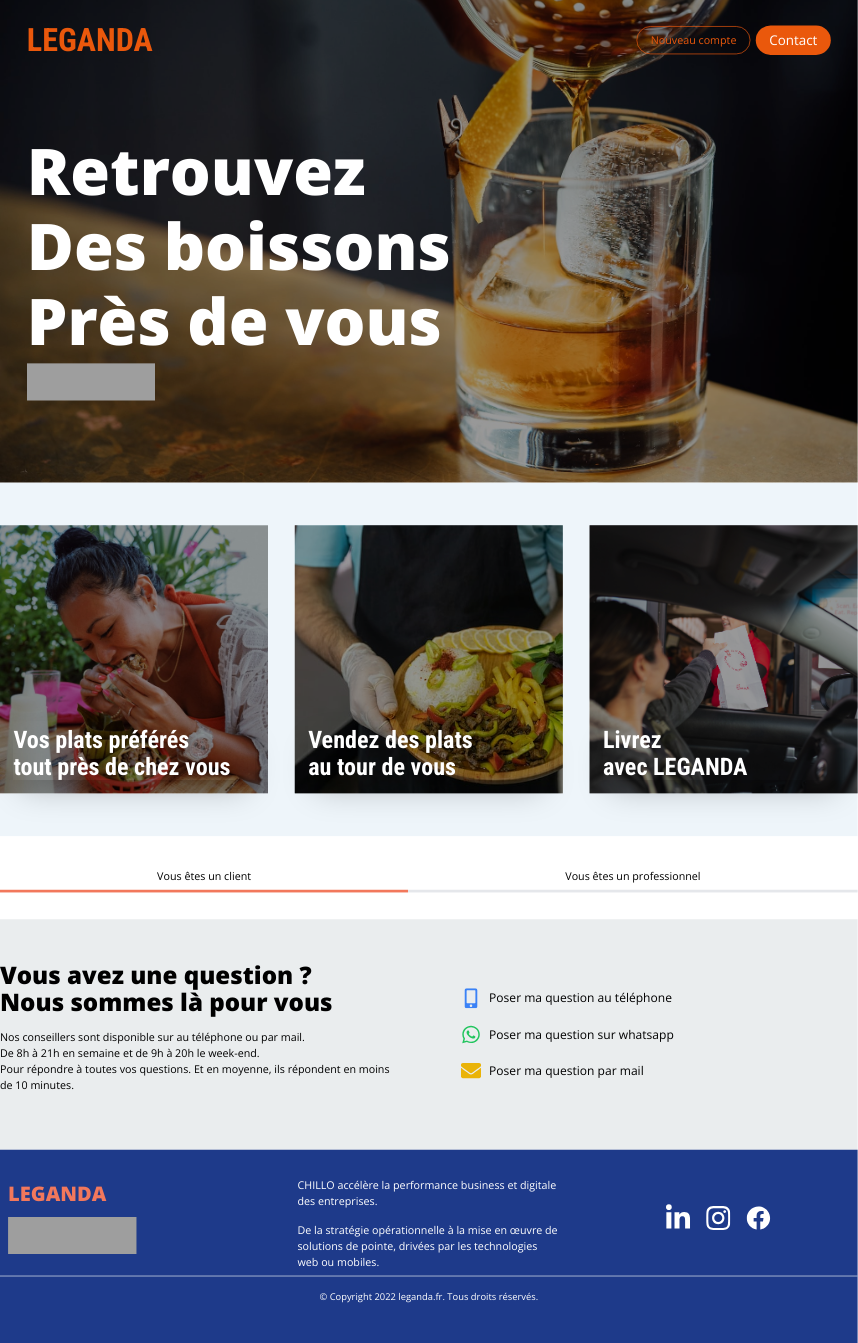
Repository: chillo-tech/website-leganda
Page: /
An editor plug-in stored every save of this project. The page is shown before and after the next save, followed by the edit.
The browser window is 1280 px wide. The pictures show the whole page, at 67% of full size.
Pictures or frames that could not be fetched are drawn as grey boxes. The project was rebuilt for these pictures with package versions that can differ from the ones it lists, and the page was loaded fresh each time. Some packages were replaced by stand-ins written for this rebuild. The framework's server and built-in components were replaced by stand-ins that run in the browser. Also part of the build but not shown: next.config.js, components/header/items/SearchBar.tsx.

Above is the page before, as saved 2023-02-09 11:28:45.

### pages/_document.tsx
import { Html, Head, Main, NextScript } from 'next/document'
import Footer from '../components/footer/Footer';

export default function Document() {
	return (
		<Html className="scroll-smooth">
			<Head>
        <link rel="preconnect" href="https://fonts.googleapis.com"/>
        <link rel="preconnect" href="https://fonts.gstatic.com"/>
        <link href="https://fonts.googleapis.com/css2?family=Open+Sans:ital,wght@0,300;0,800;1,800&family=Roboto&family=Roboto+Condensed:wght@700&display=swap" rel="stylesheet"/>
        <link rel="icon" href="/favicon.ico" />
			</Head>
			<body className='flex flex-col h-screen justify-between'>
				<Main />
				<NextScript />
				<Footer />
        <script defer type="text/javascript" src="https://maps.googleapis.com/maps/api/js?key=AIzaSyBoBBvzxlRlkbfYzZcHp8ALOwBk3YjfB-I&libraries=places" />
			</body>
		</Html>
	)
}

### styles/globals.css
@tailwind base;
@tailwind components;
@tailwind utilities;
body {
  font-family: 'Open Sans', 'Roboto', sans-serif;
}
.title {
  font-family: 'Roboto Condensed', sans-serif;
}
@layer base {
  [type="text"],
  [type="email"],
  [type="url"],
  [type="password"],
  [type="number"],
  [type="date"],
  [type="datetime-local"],
  [type="month"],
  [type="search"],
  [type="tel"],
  [type="time"],
  [type="week"],
  [multiple],
  textarea,
  select {
    @apply w-full border-gray-300 rounded-lg shadow-sm focus:border-blue-500 focus:ring-blue-500;
  }
  [type="checkbox"],
  [type="radio"] {
    @apply border-gray-300 rounded text-blue-600 focus:ring-blue-500;
  }
}

.bg-site-blue {
    background-color: #86aec0;
    color: #000000;
}

.bg-site-orange {
    background-color: #f6ac9f;
}

.color-site-blue {
   color: #86aec0;
}

.color-site-orange {
    color: #f2785c;
}

.home-page-article {
  min-height: 400px;
}

### context/search-context-provider.tsx
import { SearchParams } from '../types';
import { Context,createContext, useMemo, useReducer, useCallback } from 'react'
import SearchReducer from './SearchReducer';
import { Param } from '../types/Param';
import { INITIAL_STATE, UPDATE_SEARCH_CRITERIA } from '../utils';
import { SearchContextData } from '../types/SerchContextData';
type Props = {
  children: JSX.Element,
};
export const SearchContext = createContext<SearchContextData>({state: INITIAL_STATE});
function SearchContextProvider({children}: Props) {
  const [state, dispatch] = useReducer(SearchReducer, INITIAL_STATE);

  const update = useCallback(
    (data: Param) =>
      dispatch({
        type: UPDATE_SEARCH_CRITERIA,
        data
      }),
    [],
  );
  const value = useMemo(
    () => ({state, update }),
    [state,update],
  );
  return (
    <SearchContext.Provider value={value}>
      {children}
    </SearchContext.Provider>
  )
}

export default SearchContextProvider;

### components/footer/Footer.tsx

import React from 'react';
import { FaFacebook, FaInstagram, FaLinkedinIn } from 'react-icons/fa';
import Link from 'next/link'
import { cn, STORES } from '../../utils';
import Image from 'next/image';
function Footer() {
	return (
			<footer className="bg bg-blue-900 text-white pb-10 pt-10 font-extralight flex flex-col" id="a-propos-de-nous">
				<div className="container mx-auto px-3">
					<div className="grid grid-cols-1 gap-10 md:grid-cols-3 md:p-0 items-center">
						<div className="presentation">
              <Link href='/' className='mb-5 color-site-orange uppercase font-extrabold text-3xl'>LEGANDA
              </Link>
              <p className="flex py-4 items-center justify-center md:justify-start">
                {STORES.filter((item: any) => item.active).map((item: any, index: number) => (
                    <Link
                        href="#"
                        target="_blank"
                        key={`liens-${index}`}
                        className="block items-center py-2 w-48 h-14 relative">
                      <Image
                          fill={true}
                          src={`/images/${item.image}`}
                          alt={item?.label}
                      />
                    </Link>
                ))}
              </p>
						</div>
						<div className="presentation">
							<p className='mb-5'>CHILLO accélère la performance business et digitale des entreprises. </p>
							<p>De la stratégie opérationnelle
								à la mise en œuvre de solutions de pointe, drivées par les technologies web ou mobiles.</p>
						</div>
						<div className="presentation flex flex-col items-center justify-center">
							<div className='px-10 flex items-center justify-between text-center'>
								<FaLinkedinIn color='text-slate-300' className='px-3 text-6xl'/>
								<FaInstagram className='px-3 text-6xl'/>
								<FaFacebook className='px-3 text-6xl'/>
							</div>
							<div className='py-2'>

							</div>
						</div>
					</div>
				</div>
				<div className="copyright border-top-1 mt-2 font-light">
					<div className="container py-5 text-sm mx-auto text-center border-solid border-t border-slate-200">
						&copy; Copyright {(new Date()).getFullYear()} leganda.fr. Tous droits réservés.
					</div>
				</div>
			</footer>

	);
}

export default Footer;

### components/questions/Questions.tsx
import Link from 'next/link'
import React from 'react'
import { FaEnvelope, FaMobileAlt, FaWhatsapp } from 'react-icons/fa'

function Questions() {
  return (
    <section className='py-16 bg-app-light-green'>
        <div className="container grid md:grid-cols-2 md:gap-24 items-center px-3 md:px-0">
          <article>
            <h2 className='md:text-4xl text-3xl font-semibold text-black'>
              <p className='p-0 m-0'>Vous avez une question ?</p>
              <p className='p-0 m-0'>Nous sommes là pour vous</p>
            </h2>
            <div className='py-5'>
              <p className='p-0 m-0'>Nos conseillers sont disponible sur au téléphone ou par mail.</p>
              <p className='p-0 m-0'>De 8h à 21h en semaine et de 9h à 20h le week-end.</p>
              <p className='p-0 m-0'>Pour répondre à toutes vos questions. Et en moyenne, ils répondent en moins de 10 minutes.</p>
            </div>
          </article>
          <article>
              <Link href="tel:0033761705745" className='py-3 text-lg flex'>
                  <FaMobileAlt className='text-3xl text-blue-500 mr-3' /> Poser ma question au téléphone
              </Link>
              <Link href="whatsapp:0033761705745" className='py-3 text-lg flex'>
                  <FaWhatsapp className='text-3xl text-green-500 mr-3' /> Poser ma question sur whatsapp
              </Link>
              <Link href="mailto:armelle.leganda@gmail.com" className='py-3 text-lg flex'>
                  <FaEnvelope className='text-3xl text-yellow-500 mr-3' /> Poser ma question par mail
              </Link>
          </article>
        </div>
    </section>
  )
}

export default Questions

### components/header/Header.tsx
import { faPhone, faUser } from '@fortawesome/free-solid-svg-icons'
import { FontAwesomeIcon } from '@fortawesome/react-fontawesome'
import Link from 'next/link'
import React from 'react'
import SearchBar from './items/SearchBar'

function Header({withSearchBar = true}: {withSearchBar?: boolean}) {
  return (
    <header className="container py-4">
       <nav className='flex justify-between items-center'>
        <Link href="/" className='text-orange-600 uppercase title text-5xl'>LEGANDA
        </Link>
        {withSearchBar ? <SearchBar /> : null }
        <ul className='md:flex justify-between items-center hidden'>
          <li>
            <Link href="/" className='border border-orange-600 rounded-3xl px-5 py-2 text-orange-600 flex justify-between items-center'>
                <FontAwesomeIcon icon={faUser} className="hidden border-none text-xs mr-2" size='xs' />
                Nouveau compte
            </Link>
          </li>
          <li  className='ml-2'>
          <Link href="/" className='bg-orange-600 rounded-3xl text-xl px-5 font-medium py-2 flex text-white'>
              <FontAwesomeIcon icon={faPhone} className="hidden border-none mr-2"/>
              Contact
          </Link>
          </li>
        </ul>
      </nav>
    </header>
  )
}

export default Header

### utils/index.ts
export * from './clear-string';
export * from './DateFormat';
export * from './isValidPhoneNumber';
export * from './isValidEmail';
export * from './Endpoints';
export * from './Data';
export * from './request-options';

### components/tabs/index.tsx
import classNames from 'classnames';
import React, { useState } from 'react'

function Tabs({items}: any) {
  const [activeTab, setActiveTab] = useState("tab-0");
  return (
    <section className='container px-3 md:px-0 py-10'>
      <ul className='flex justtify-center items-center'>
        {items.map((item: any, index: number) => (
          <li key={`tab-${index}`} className={classNames('grow border-b-4',{ 'bg-white border-app-orange': activeTab === `tab-${index}` })}>
            <button type='button' className='w-full py-2'>{item.label}</button>
          </li>
        ))}
      </ul>
    </section>
  )
}

export default Tabs

### utils/how-it-works.ts
const HOW_IT_WORKS: any = [
  {
    "label": "Vous êtes un client"
  },
  {
    "label": "Vous êtes un professionnel"
  }
]

export {HOW_IT_WORKS}

### context/SearchReducer.ts
import { UPDATE_SEARCH_CRITERIA } from './../utils/Data';
import { Action } from './../types/Action';
import { SearchParams } from "../types";

function SearchReducer (state: SearchParams, action: Action){
  switch(action.type){
    case UPDATE_SEARCH_CRITERIA: {
        return {
          ...state,
          [action.data.key]: action.data.value
        }
    }
  }
  return state;
}

export default SearchReducer;

### utils/clear-string.ts
export const cleanString = (entry: string) => {
	return entry ? entry.replace(/^[\s\uFEFF\xA0]+|[\s\uFEFF\xA0]+$/g, '') : '';
}

### utils/DateFormat.ts
export const getFormattedDate = (entry: Date) => {
	const year = entry.getFullYear();
	const month = `0${entry.getMonth() + 1}`.slice(-2);
	const day = `0${entry.getDate()}`.slice(-2);
	return `${day}/${month}/${year}`;
};

export const getFormattedTime = (entry: Date) => {
	const hours = `0${entry.getHours()}`.slice(-2);
	const minutes = `0${entry.getMinutes()}`.slice(-2);
	return `${hours}:${minutes}`;
};

const getWeekNumber = (entry: Date) => {
	// Copy date so don't modify original
	const date = new Date(Date.UTC(entry.getFullYear(), entry.getMonth(), entry.getDate()));
	// Set to nearest Thursday: current date + 4 - current day number
	// Make Sunday's day number 7
	date.setUTCDate(date.getUTCDate() + 4 - (date.getUTCDay() || 7));
	// Get first day of year
	const yearStart = new Date(Date.UTC(date.getUTCFullYear(), 0, 1));
	// Calculate full weeks to nearest Thursday
	return Math.ceil((((Number(date) - Number(yearStart)) / 86400000) + 1) / 7);
	// Return array of year and week number

}

export const getDayAndMonthLabel = (entry: Date) => {
	const days = ['Dimanche', 'Lundi', 'Mardi', 'Mercredi', 'Jeudi', 'Vendredi', 'Samedi'];
	const months = ["Jan.", "Fev.", "Mars", "Avr.", "MaI", "Juin",
		"Jul.", "Août", "Sep.", "Oct.", "Nov.", "Dec."
	];
	return [days[entry.getDay()], months[entry.getMonth()]];
}

export const getDisplayedDate = (entry: string = "") => {
	if (!entry.trim().length) {
		return entry;
	}
	const adWeekNo = getWeekNumber(new Date(entry));
	const todayWeekNo = getWeekNumber(new Date());
	if ((adWeekNo - todayWeekNo) > 1) {
		const [dayOfDate, month, year] = getFormattedDate(new Date(entry)).split('/');
		const [dayOfWeekLabel, monthLabel] = getDayAndMonthLabel(new Date(entry));
		return `${dayOfWeekLabel}, ${dayOfDate} ${monthLabel}`;
	} else {
		const [dayOfWeekLabel] = getDayAndMonthLabel(new Date(entry));
		return dayOfWeekLabel;
	}
};

### utils/isValidPhoneNumber.ts
export const isValidPhoneNumber = (value: string) => {
	const PHONE_REGEXP = /^0[6|7]\d{8}$/
	return PHONE_REGEXP.test(value);
}

### utils/isValidEmail.ts
export const isValidEmail = (value: string) => {
	const EMAIL_REGEXP = /^\S+@\S+\.\S+$/;
	return value.trim().length ? EMAIL_REGEXP.test(value) : true;
}

### utils/Endpoints.ts
export const LOCAL_DNS = 'http://192.168.111.244:9090';//verifier ipconfig avant d'exécuter
export const PROD_DNS = "https://api.leganda.chillo.fr";
export const IMAGES_URL = `${PROD_DNS}/assets`;
export const BACKOFFICE_URL = `${PROD_DNS}/api/v1`;
export const ADS_ENDPOINT = "ad";
export const FAVORITE_ENDPOINT = "favorite";
export const ACCOUNT_ENDPOINT = "account";
export const ADDRESS_ENDPOINT = "address";
export const CATEGORY_ENDPOINT = "category";
export const GOOGLE_PACES_API_BASE_URL = 'https://maps.googleapis.com/maps/api/place';
export const GOOGLE_PACES_API_KEY = 'AIzaSyBoBBvzxlRlkbfYzZcHp8ALOwBk3YjfB-I';
export const MAP_ZOOM = 10;
export const GOOGLE_PACES_CENTER_COORDINATES = {lat: 48.117266,lng: -1.677793};

### utils/Data.ts
import {EMAIL, PHONE} from "./providers";
export const CATEGORY_BGCOLORS = [ "#BCA1F2", "#BCDDE4", "#CFEACB", "#F4E169"];
export const PLUS_FAVORITES_UPDATED = "Super cette annonce a été ajoutée à vos favoris";
export const REMOVE_FAVORITES_UPDATED = "Cette annonce a été retirée de vos favoris";
export const AUTHENTICATED_USER = "authenticatedUser";
export const MAPBOX_ACCESSTOKEN = "pk.eyJ1IjoiYWNoaWxsZW1ib3VndWVuZyIsImEiOiJja3Zvd3EzcmswaThkMnZrZ25iYmtveDBhIn0.pDR7pKL18d3iz5NoaRmWYg";
export const RESET_AD = "RESET_AD";
export const DELETE_KEY = "DELETE_KEY";
export const SET_NUMBER_OF_CHILDREN = "SET_NUMBER_OF_CHILDREN";
export const SET_ADS = "SET_ADS";
export const SET_CATS = "SET_CATS";
export const SET_CAT = "SET_CAT";
export const SET_AD = "SET_AD";
export const SET_SELECTED_ITEM_ID = "SET_SELECTED_ITEM_ID";
export const SET_STEP_INDEX = "SET_STEP_INDEX";
export const UPDATE_AD = "UPDATE_AD";
export const UPDATE_SEARCH_CRITERIA = "UPDATE_SEARCH_CRITERIA";
export const UPDATE_USER_INFOS = "UPDATE_USER_INFOS";
export const USER_TOKEN = "USER_TOKEN";
export const SIGN_IN = 'SIGN_IN';
export const SIGN_OUT = 'SIGN_OUT';
export const SIGN_UP = 'SIGN_UP';
export const RECOMMEND_TEXT = "Bonjour, j'ai découvert cette application qui a de belles annonces. Je te la recommande";
export const RESTORE_TOKEN = "RESTORE_TOKEN";
export const AD_PLACEHOLDER = ["Taro du dimanche", "20kg à destination de Yaoundé", "Carton de Guinness", "Stage de developpeur"];
export const STORES = [
	{
		image: 'google-app-store-badge.svg',
		active: true,
		path: '#',
		label: 'LEGANDA sur PLAY STORE'
	},
	{
		image: 'apple-app-store-badge.svg',
		active: false,
		path: '#',
		label: 'LEGANDA sur APPLE STORE'
	}
]
export const HEADERS_ITEMS = [
	{
		image: '/images/food.jpeg',
		active: true,
		label: 'Des mets'
	},
	{
		image: '/images/drinks.jpeg',
		active: false,
		label: 'Des boissons'
	},
	{
		image: '/images/spices.jpeg',
		active: false,
		label: 'Des épices'
	},
	{
		image: '/images/service.jpeg',
		active: false,
		label: 'Des services'
	}
]
export const INITIAL_STATE = {
		address: {city: ''}
}

export const HELP_LINK = {
	whatsapp: `whatsapp://send?text=&phone=${PHONE}`,
	sms: `sms:${PHONE}`,
	mail: `mailto:${EMAIL}`,
	phone: `tel:${PHONE}`
}

export const SHARE_LINK = {
	whatsapp: `whatsapp://send?text=`,
	sms: `sms:body=`,
	mail: `mailto:${EMAIL}`,
	phone: `tel:${PHONE}`
}

export const MORESCREEN_DATA = [
	{
		id: 'recommendations',
		title: "Recommandations",
		items: [
			{
				id: '587',
				icon: 'thumbs-up',
				name: 'sms',
				action: 'recommend',
				title: 'Recommandez notre application',
			},
			{
				id: '588',
				icon: 'facebook',
				name: 'facebook',
				action: 'recommend',
				title: 'Aimez notre page facebook',
			},
			{
				id: '589',
				icon: 'thumbs-up',
				name: 'like',
				action: 'recommend',
				title: 'Notez nous sur le store',
			}
		]
	},
	{
		id: 'assistance',
		title: "assistance",
		items: [
			{
				id: '386',
				icon: 'whatsapp',
				name: 'whatsapp',
				action: 'help',
				title: 'Posez votre question via whatsapp',
			},
			{
				id: '387',
				icon: 'sms',
				name: 'sms',
				action: 'help',
				title: 'Posez votre question  par sms',
			},
			{
				id: '389',
				name: 'mail',
				action: 'help',
				icon: 'envelope',
				title: 'Envoyez nous un mail',
			},
			{
				id: '388',
				icon: 'phone-alt',
				name: 'phone',
				action: 'help',
				title: 'Appelez nous',
			}
		]
	}
]

export const loaderProp =({ src }: {src: string}) => {
  console.log('====================================');
  console.log(src);
  console.log('====================================');
  return src;
}
export const cn = (...classes: string[]) =>{
  return classes.filter(Boolean).join(' ')
}

### utils/request-options.ts
export const getHeaders = () => ({
	'X-Requested-With': 'XMLHttpRequest',
	'Content-Type': 'application/x-www-form-urlencode',
	Accept: "application/json"
});

### utils/providers.ts


export const PHONE = "+33761705745";
export const EMAIL = "achille.mbougueng@yahoo.fr";

export const OPENCAGE_GEOCODE_API = "https://api.opencagedata.com/geocode/v1/json";
export const OPENCAGE_API_KEY = "2dd86530d37b4cf3a321d24e6c624a40";

export const MAPBOX_API_KEY = "pk.eyJ1IjoiYWNoaWxsZW1ib3VndWVuZyIsImEiOiJja3Zvd3EzcmswaThkMnZrZ25iYmtveDBhIn0.pDR7pKL18d3iz5NoaRmWYg";
export const MAPBOX_PLACES = "https://api.mapbox.com/geocoding/v5/mapbox.places";

Loaded but not shown: pages/_app.tsx (common file); tailwind.config.js (38 lines, source omitted); pages/index.tsx (146 lines, source omitted)

After the next save:
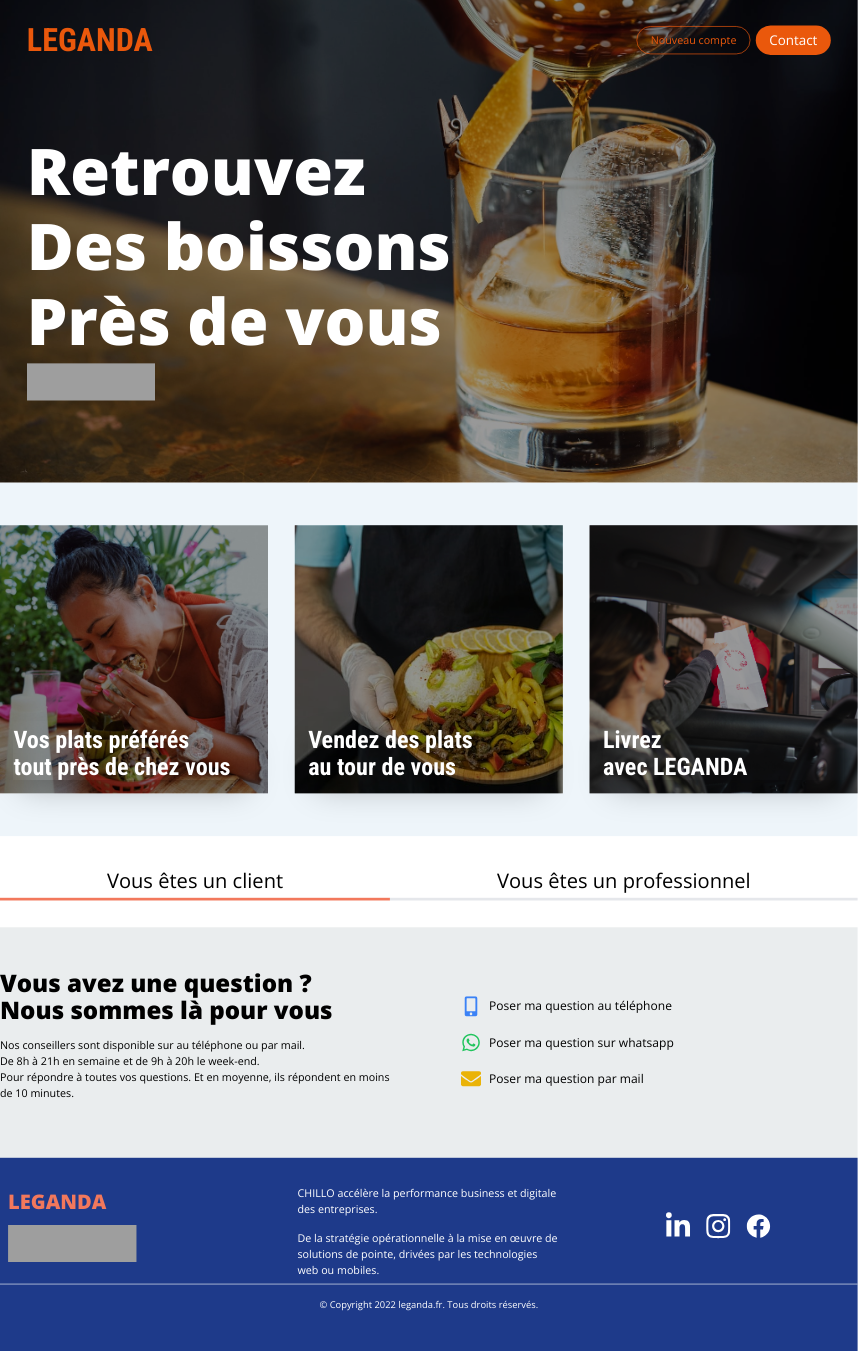
Saved 14 s later.
--- a/components/tabs/index.tsx
+++ b/components/tabs/index.tsx
@@ -8,7 +8,7 @@
       <ul className='flex justtify-center items-center'>
         {items.map((item: any, index: number) => (
           <li key={`tab-${index}`} className={classNames('grow border-b-4',{ 'bg-white border-app-orange': activeTab === `tab-${index}` })}>
-            <button type='button' className='w-full py-2'>{item.label}</button>
+            <button type='button' className='w-full py-2 text-3xl'>{item.label}</button>
           </li>
         ))}
       </ul>
